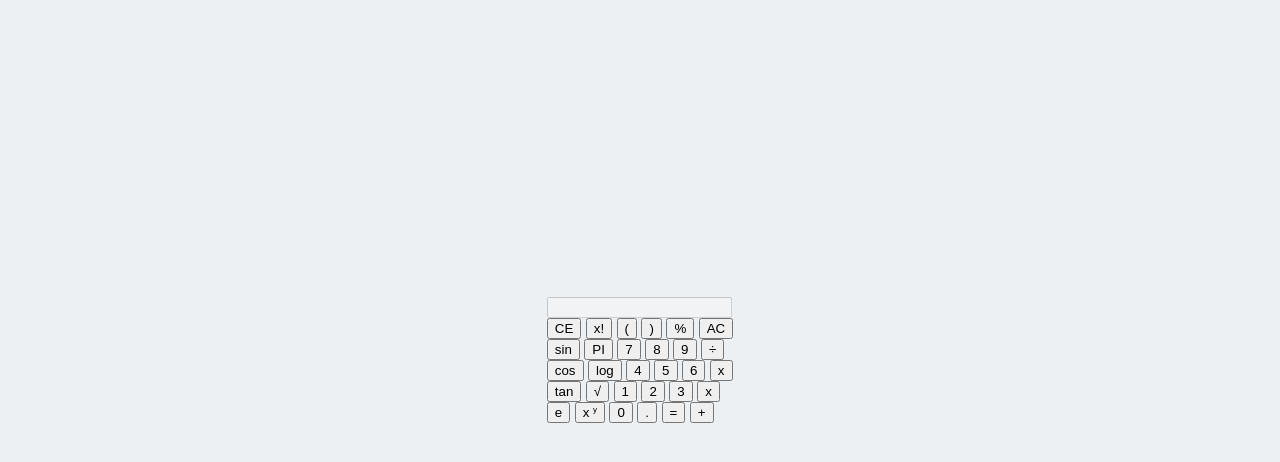
Repository: Haakim19/Scientific-Calculator
Page: intex.html
These files come from the project's save history. The page is drawn as it stood at one moment and after the next save; the edit follows.
The browser window is 1280 px wide. The pictures show the whole page.

Above is the page before, as saved 2024-10-27 11:47:49.

### intex.html
<!DOCTYPE html>
<html lang="en">
<head>
    <meta charset="UTF-8">
    <meta name="viewport" content="width=device-width, initial-scale=1.0">
    <title>Scientific Calculator</title>
    <link rel="stylesheet" href="Style.css">
</head>
<body>
    <div class="container">
        <div class="display">
            <input type="text" id="display" disabled>
        </div>
        <div class="row">
            <button class="btn">CE</button>
            <button class="btn">x!</button>
            <button class="btn">(</button>
            <button class="btn">)</button>
            <button class="btn">%</button>
            <button class="btn">AC</button>
        </div>
        <div class="row">
            <button class="btn">sin</button>
            <button class="btn">PI</button>
            <button class="btn">7</button>
            <button class="btn">8</button>
            <button class="btn">9</button>
            <button class="btn">÷</button>
        </div>
        <div class="row">
            <button class="btn">cos</button>
            <button class="btn">log</button>
            <button class="btn">4</button>
            <button class="btn">5</button>
            <button class="btn">6</button>
            <button class="btn">x</button>
        </div>
        <div class="row">
            <button class="btn">tan</button>
            <button class="btn">√</button>
            <button class="btn">1</button>
            <button class="btn">2</button>
            <button class="btn">3</button>
            <button class="btn">x</button>
        </div>
        <div class="row">
            <button class="btn">e</button>
            <button class="btn">x <sup style="font-size: 0.5rem;">y</sup></button>
            <button class="btn">0</button>
            <button class="btn">.</button>
            <button class="btn">=</button>
            <button class="btn">+</button>
        </div>
</body>

</html>

### Style.css
body{
    /* background-color: #f0f0f0; */
    font-family: Arial, sans-serif;
    margin: 0;
    padding: 0;
    justify-content: center;
    align-items: center;
    display: flex;
    height: 100vh;
    background: #ecf0f3;
}

.container{

}

After the next save:
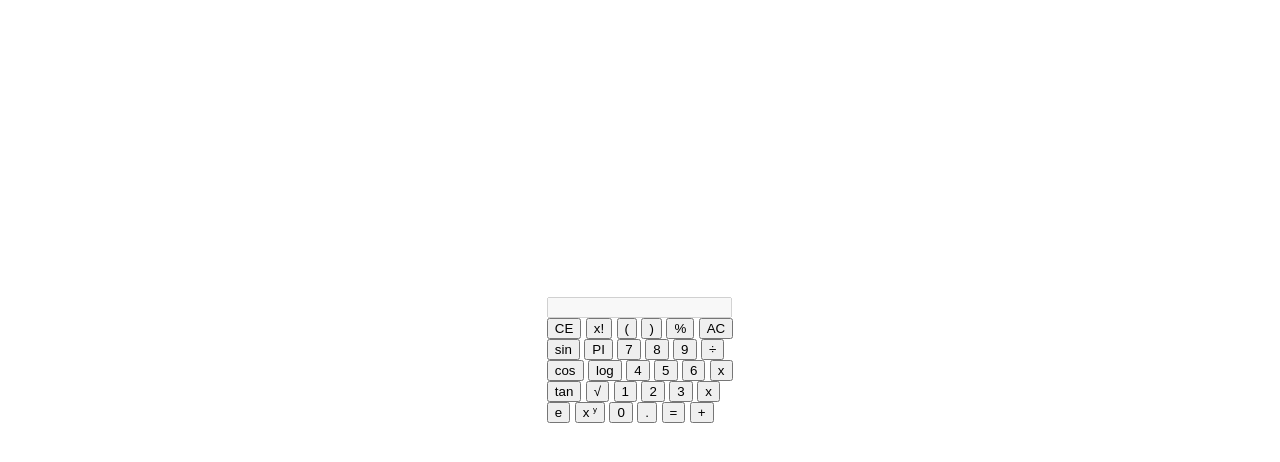
Saved 12 s later.
--- a/Style.css
+++ b/Style.css
@@ -7,7 +7,7 @@
     align-items: center;
     display: flex;
     height: 100vh;
-    background: #ecf0f3;
+    /* background: #ecf0f3; */
 }
 
 .container{

After the save that followed:
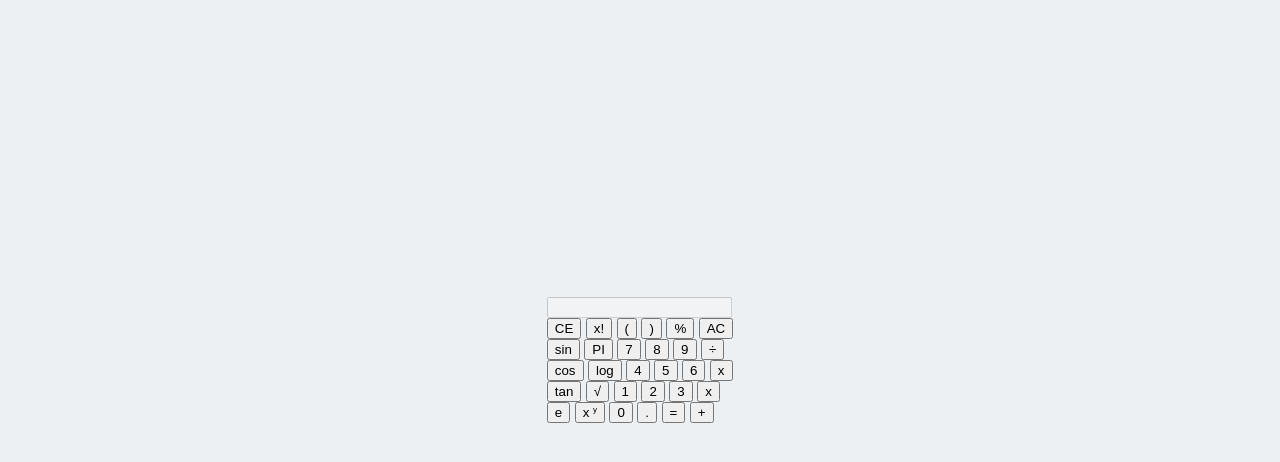
Saved 4 s later.
--- a/Style.css
+++ b/Style.css
@@ -7,7 +7,7 @@
     align-items: center;
     display: flex;
     height: 100vh;
-    /* background: #ecf0f3; */
+    background: #ecf0f3;
 }
 
 .container{
